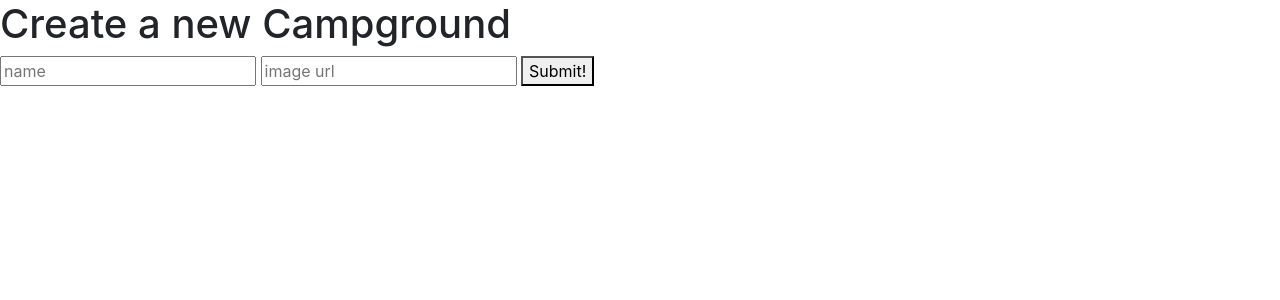
Repository: manojsatya/YelpCamp
Page: http://localhost/campgrounds/new
An editor plug-in stored every save of this project. The page is shown before and after the next save, followed by the edit.
The browser window is 1280 px wide. The pictures show the whole page.
The page is served by the project's Node server (app.js).

Above is the page before, as saved 2019-06-14 17:28:27.
Console error: TypeError: Cannot read properties of undefined (reading 'fn')

### views/new.ejs
<% include partials/header %>

<h1>Create a new Campground</h1>

<form action="/campgrounds" method="POST">
    <input type="text" name="name" id="" placeholder="name">
    <input type="text" name="image" id="" placeholder="image url">
    <button> Submit!</button>

</form>

<% include partials/footer %>

### views/partials/header.ejs
<!DOCTYPE html>
<html lang="en">
<head>
    <meta charset="UTF-8">
    <meta name="viewport" content="width=device-width, initial-scale=1.0">
    <meta http-equiv="X-UA-Compatible" content="ie=edge">
    <title>YelpCamp</title>
    <link rel="stylesheet" href="https://stackpath.bootstrapcdn.com/bootstrap/4.3.1/css/bootstrap.min.css">
</head>
<body>

        <script src="https://stackpath.bootstrapcdn.com/bootstrap/4.3.1/js/bootstrap.min.js"></script>

### app.js
var express = require("express");
var app = express();
var bodyParser = require("body-parser");

app.use(bodyParser.urlencoded({extended: true}));
app.set("view engine", "ejs");

var campgrounds = [
    {name: "Manoj Satya", image: "https://static.rootsrated.com/image/upload/s--_i1nqUT1--/t_rr_large_traditional/oy9xsbijv8wehnrzv0zt.jpg"},
    {name: "Shradha Shiv", image: "https://encrypted-tbn0.gstatic.com/images?q=tbn:ANd9GcQ5b9dOfcfle_RwfdPS21qwfn5kcQ_BfHuL4uoVApARc1INLCfp"},
    {name: "Meghana", image: "http://hudsonshope.ca/wp-content/uploads/2016/10/Inflatable-Boat.jpg"},
    {name: "Manoj Satya", image: "https://static.rootsrated.com/image/upload/s--_i1nqUT1--/t_rr_large_traditional/oy9xsbijv8wehnrzv0zt.jpg"},
    {name: "Shradha Shiv", image: "https://encrypted-tbn0.gstatic.com/images?q=tbn:ANd9GcQ5b9dOfcfle_RwfdPS21qwfn5kcQ_BfHuL4uoVApARc1INLCfp"},
    {name: "Meghana", image: "http://hudsonshope.ca/wp-content/uploads/2016/10/Inflatable-Boat.jpg"},
    {name: "Manoj Satya", image: "https://static.rootsrated.com/image/upload/s--_i1nqUT1--/t_rr_large_traditional/oy9xsbijv8wehnrzv0zt.jpg"},
    {name: "Shradha Shiv", image: "https://encrypted-tbn0.gstatic.com/images?q=tbn:ANd9GcQ5b9dOfcfle_RwfdPS21qwfn5kcQ_BfHuL4uoVApARc1INLCfp"},
    {name: "Meghana", image: "http://hudsonshope.ca/wp-content/uploads/2016/10/Inflatable-Boat.jpg"},
    {name: "Manoj Satya", image: "https://static.rootsrated.com/image/upload/s--_i1nqUT1--/t_rr_large_traditional/oy9xsbijv8wehnrzv0zt.jpg"},
    {name: "Shradha Shiv", image: "https://encrypted-tbn0.gstatic.com/images?q=tbn:ANd9GcQ5b9dOfcfle_RwfdPS21qwfn5kcQ_BfHuL4uoVApARc1INLCfp"},
    {name: "Meghana", image: "http://hudsonshope.ca/wp-content/uploads/2016/10/Inflatable-Boat.jpg"}
]

app.get("/", function(req, res){
    res.render("landing");
});

app.get("/campgrounds", function(req, res){
    res.render("campgrounds",{campgrounds:campgrounds});
});

app.post("/campgrounds", function(req, res){
    //get data from form and add to campground array
    var name = req.body.name;
    var image = req.body.image;
    var newCampground = {name: name, image: image};
    campgrounds.push(newCampground);
    //redirect back to campgrounds page
    res.redirect("/campgrounds");
});

app.get("/campgrounds/new", function(req, res){
    res.render("new.ejs");
});


app.listen(3000, function(){
    console.log("The YelpCamp Server has started");
});

Loaded but not shown: views/partials/footer.ejs (no stored copy; drawn as an empty file)

After the next save:
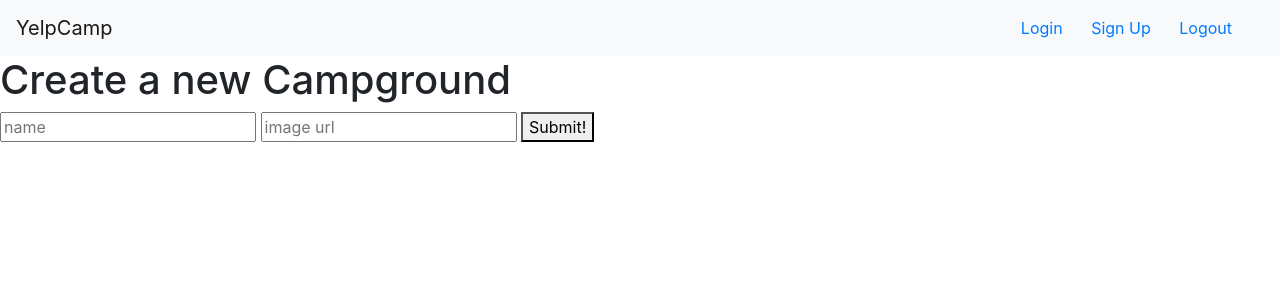
Saved 47 s later.
--- a/views/new.ejs
+++ b/views/new.ejs
@@ -1,4 +1,14 @@
 <% include partials/header %>
+
+<nav class="navbar navbar-light bg-light">
+        <a class = "navbar-brand" href="">YelpCamp</a>
+        <div class="navbar-right mr-sm-2">
+            <a class = "mr-sm-4" href="">Login</a>
+            <a class = "mr-sm-4" href="">Sign Up</a>
+            <a class = "mr-sm-4" href="">Logout</a>
+        </div>
+
+    </nav>
 
 <h1>Create a new Campground</h1>
 
